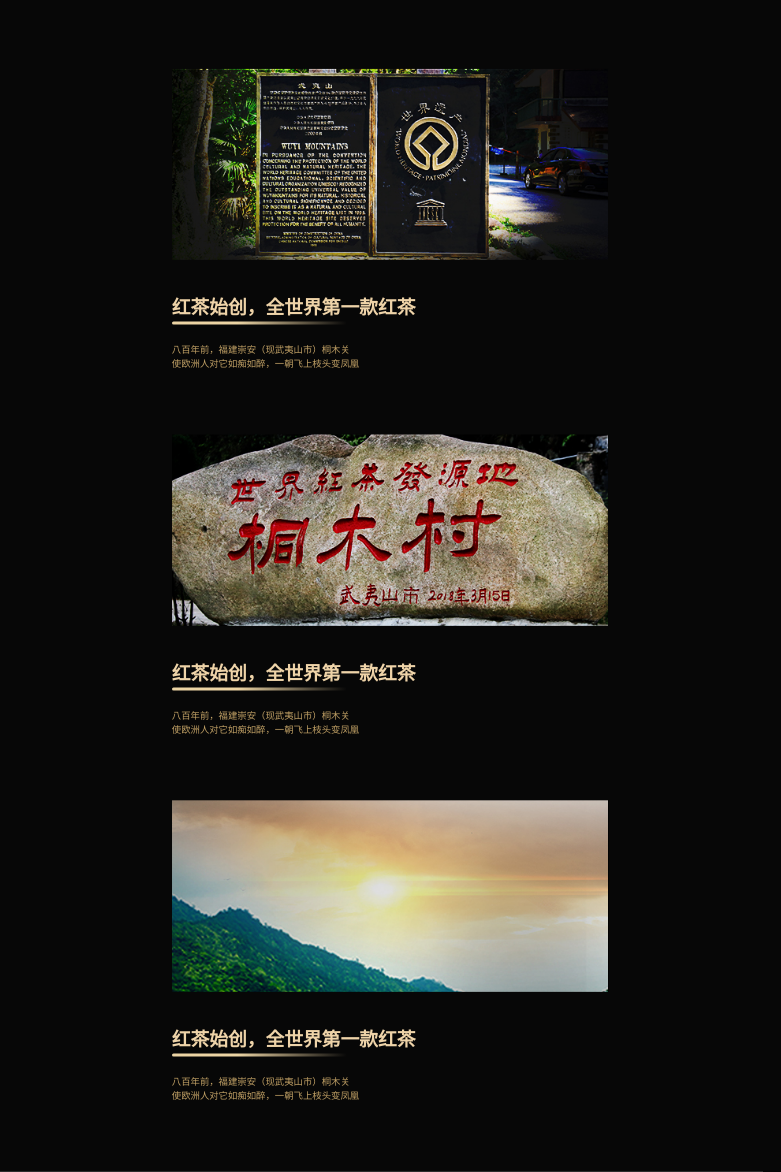
Repository: SmileBX/tea-static
Page: aboutTm.html
An editor plug-in stored every save of this project. The page is shown before and after the next save, followed by the edit.
The browser window is 1280 px wide. The pictures show the whole page, at 61% of full size.
Some web libraries are served in a nearby version.

Above is the page before, as saved 2019-07-19 10:44:28.

After the next save:
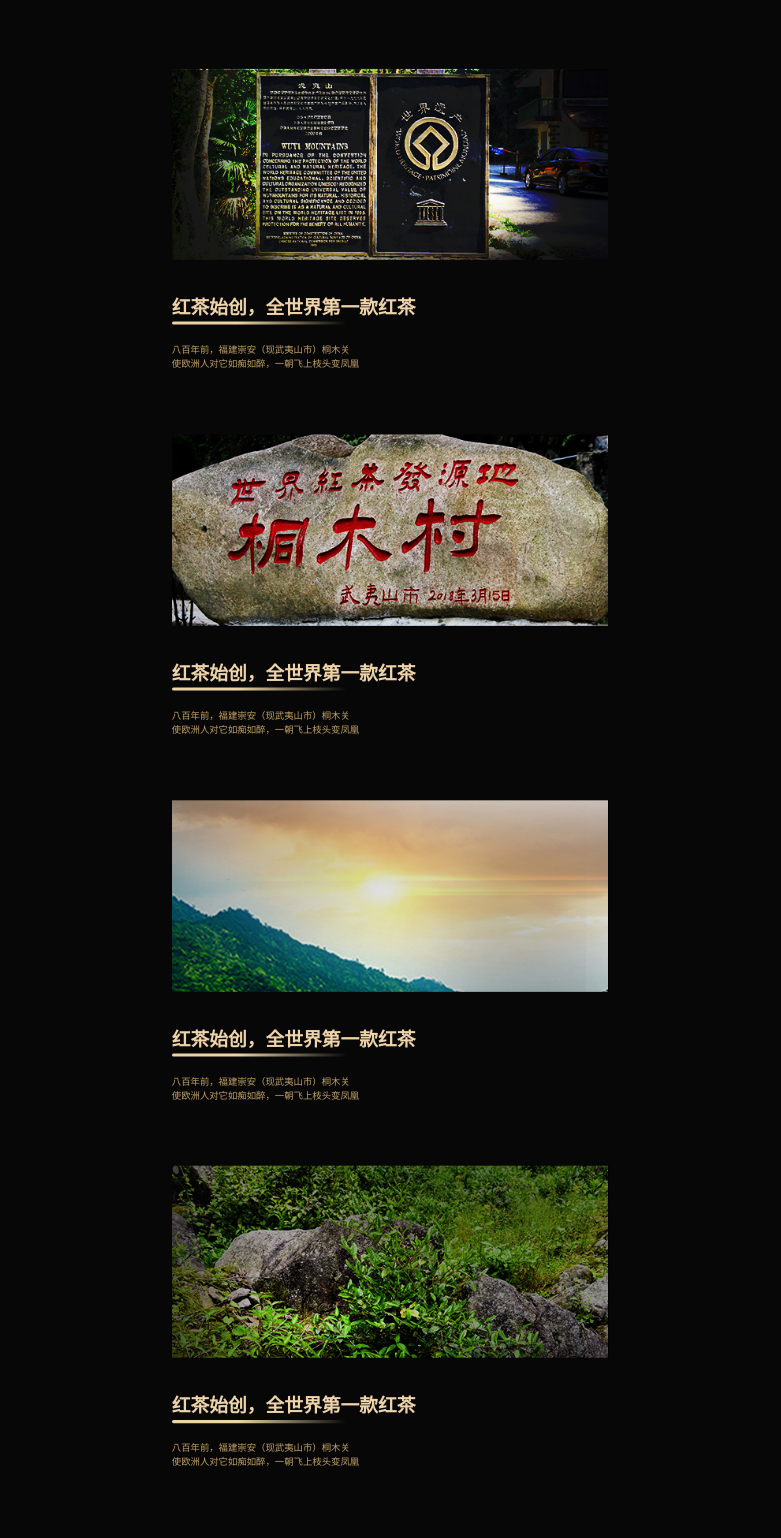
Saved 9 s later.
--- a/aboutTm.html
+++ b/aboutTm.html
@@ -77,6 +77,15 @@
                     <span>使欧洲人对它如痴如醉，一朝飞上枝头变凤凰</span>
                 </p>
             </div>
+            <div class="item">
+                <img src="images/other/4.png" alt="">
+                <p class="title mt3">红茶始创，全世界第一款红茶</p>
+                <span class="line"></span>
+                <p class="subtitle mt3">
+                    <span>八百年前，福建崇安（现武夷山市）桐木关</span>
+                    <span>使欧洲人对它如痴如醉，一朝飞上枝头变凤凰</span>
+                </p>
+            </div>
 
 
 
